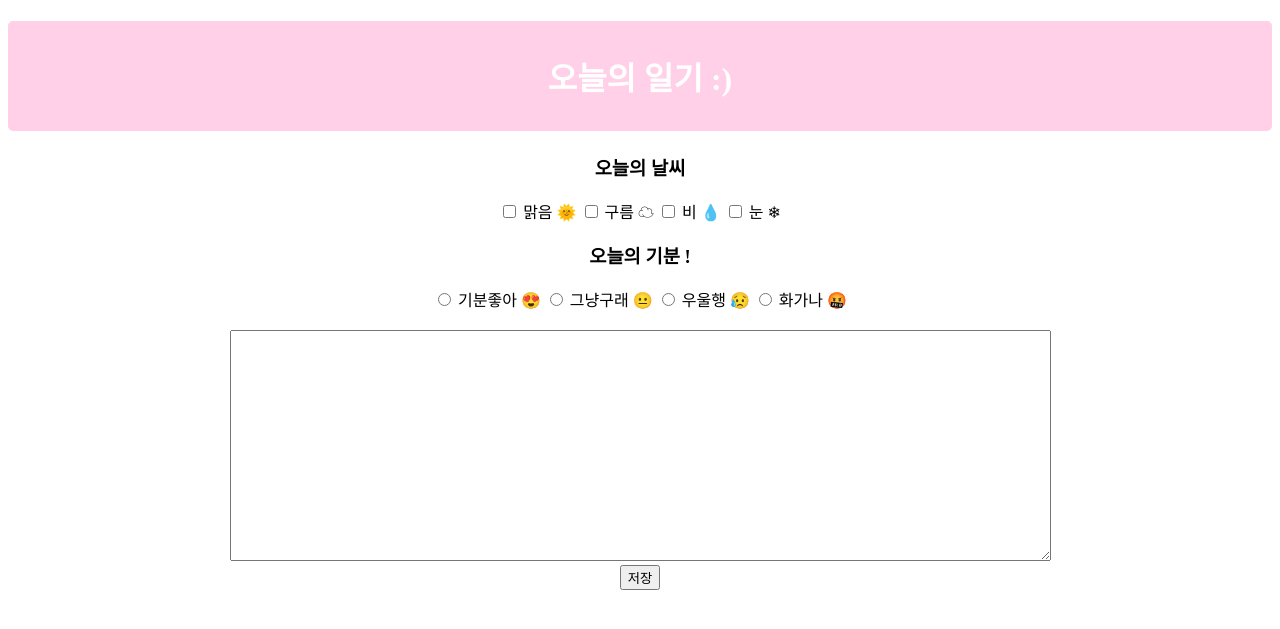
Repository: seoyeon0619/WebProgramming
Page: http://localhost/myhome1/일기쓰기.jsp
An editor plug-in stored every save of this project. The page is shown before and after the next save, followed by the edit.
The browser window is 1280 px wide. The pictures show the whole page.
Some web fonts or font styles are not loaded; a fallback is used. The page is served by Tomcat 9.

Above is the page before, as saved 2022-12-29 07:34:16.

### workspace1/myhome1/src/main/webapp/일기쓰기.jsp
<%@ page language="java" contentType="text/html; charset=UTF-8"
    pageEncoding="UTF-8"%>
<!DOCTYPE html>
<html>
<head>
<meta charset="UTF-8">
<title>Insert title here</title>
<link rel="preconnect" href="https://fonts.googleapis.com"><link rel="preconnect" href="https://fonts.gstatic.com" crossorigin>
<link href="https://fonts.googleapis.com/css2?family=Gaegu:wght@700&family=Rubik+Bubbles&display=swap" rel="stylesheet">
<style>
h1 {
	text-align : center;
	color : #ffffff;
  	border: 2px solid rgb(255, 208, 231);
  	border-radius: 5px;
  	padding : 30px;
  	background-color : rgb(255, 208, 231)
	}

body{
	text-align : center;
	border : 2px
}




</style>

</head>
<body>
<style>
        body, h1, h2, h3, h4, h5, h6, p, span {
          font-family: 'Gaegu', cursive;
        }
</style>
<h1>오늘의 일기 :)</h1>

<h3>오늘의 날씨</h3>
        <input type="checkbox" name="lan2" id="sel1" value="1">
		<label for="sel1">맑음 🌞</label>
        <input type="checkbox" name="lan2" id="sel2" value="2">
        <label for="sel2">구름 ☁</label>
        <input type="checkbox" name="lan2" id="sel3" value="3">
        <label for="sel3">비 💧</label>
        <input type="checkbox" name="lan2" id="sel4" value="4">
        <label for="sel4">눈 ❄</label>


<h3>오늘의 기분 !</h3>
        <input type="radio" name="lan2" id="sel1" value="1">
		<label for="sel1">기분좋아 😍</label>
        <input type="radio" name="lan2" id="sel2" value="2">
        <label for="sel2">그냥구래 😐</label>
        <input type="radio" name="lan2" id="sel3" value="3">
        <label for="sel3">우울행 😥</label>
        <input type="radio" name="lan2" id="sel4" value="4">
        <label for="sel4">화가나 🤬</label>

<h3></h3>

	<textarea name="" id="" cols="100" rows="15"></textarea><br/>

<button>저장</button>
</body>
</html>

After the next save:
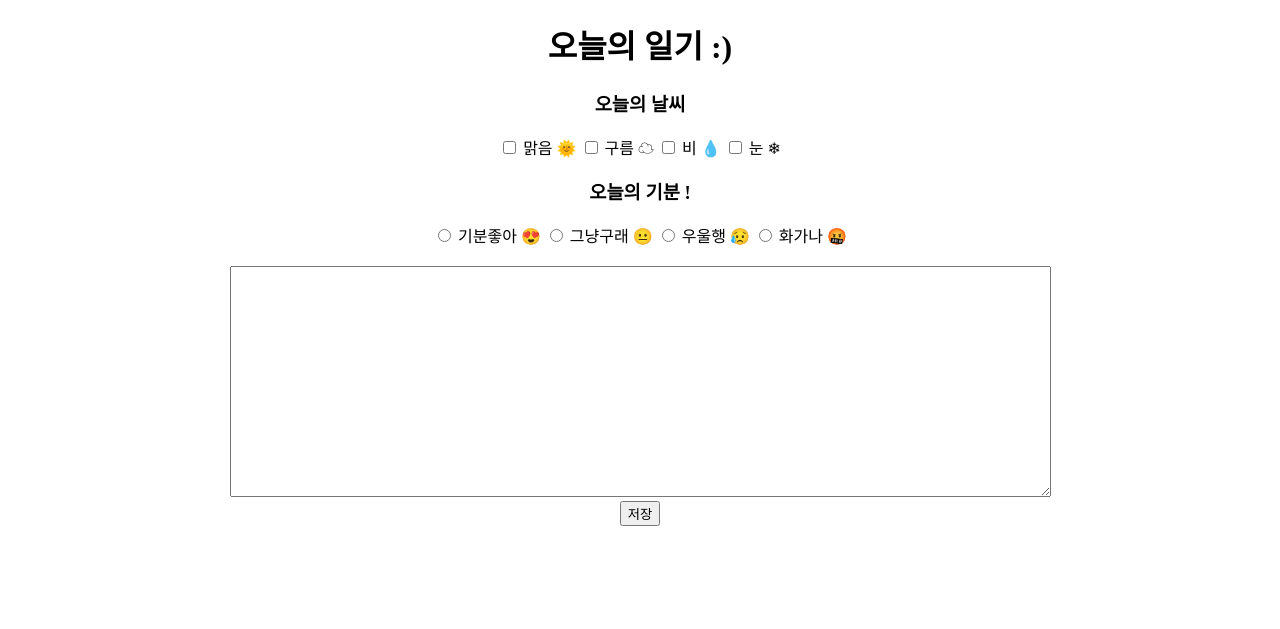
Saved 99 s later.
--- a/workspace1/myhome1/src/main/webapp/일기쓰기.jsp
+++ b/workspace1/myhome1/src/main/webapp/일기쓰기.jsp
@@ -8,7 +8,7 @@
 <link rel="preconnect" href="https://fonts.googleapis.com"><link rel="preconnect" href="https://fonts.gstatic.com" crossorigin>
 <link href="https://fonts.googleapis.com/css2?family=Gaegu:wght@700&family=Rubik+Bubbles&display=swap" rel="stylesheet">
 <style>
-h1 {
+h1.round3 {
 	text-align : center;
 	color : #ffffff;
   	border: 2px solid rgb(255, 208, 231);

After the save that followed:
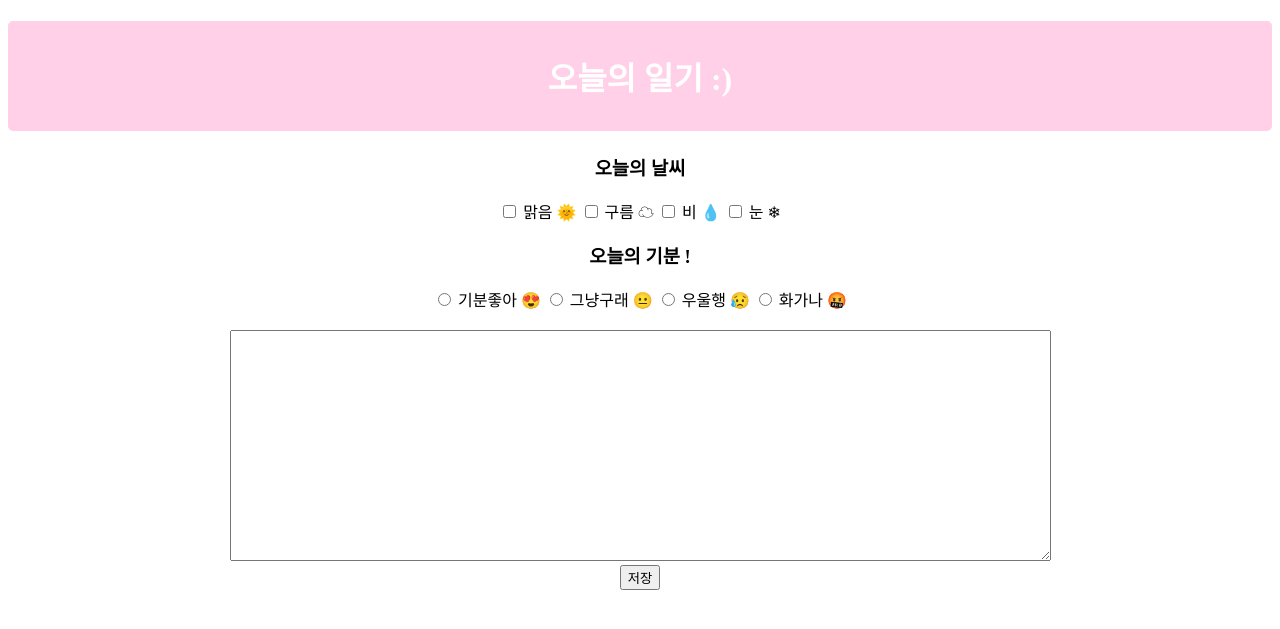
Saved 14 s later.
--- a/workspace1/myhome1/src/main/webapp/일기쓰기.jsp
+++ b/workspace1/myhome1/src/main/webapp/일기쓰기.jsp
@@ -8,7 +8,7 @@
 <link rel="preconnect" href="https://fonts.googleapis.com"><link rel="preconnect" href="https://fonts.gstatic.com" crossorigin>
 <link href="https://fonts.googleapis.com/css2?family=Gaegu:wght@700&family=Rubik+Bubbles&display=swap" rel="stylesheet">
 <style>
-h1.round3 {
+h1{
 	text-align : center;
 	color : #ffffff;
   	border: 2px solid rgb(255, 208, 231);
